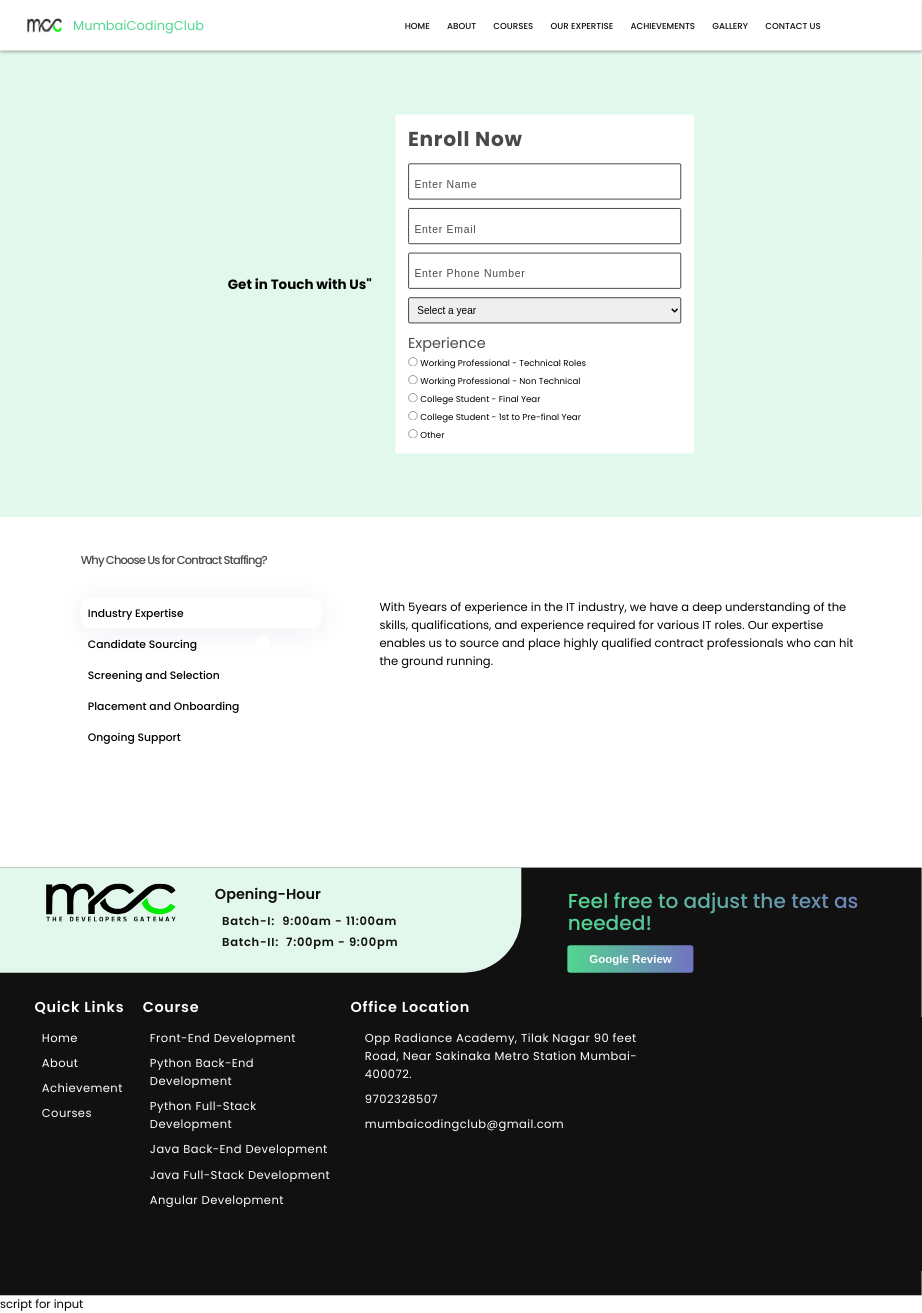
Repository: msmsa2001/mcc-theme
Page: contact.html
These files come from the project's save history. The page is drawn as it stood at one moment and after the next save; the edit follows.
The browser window is 1280 px wide. The pictures show the whole page, at 72% of full size.
Pictures or frames that could not be fetched are drawn as grey boxes.

Above is the page before, as saved 2024-07-26 02:19:19.
Console error: TypeError: Cannot read properties of null (reading 'querySelector')

After the next save:
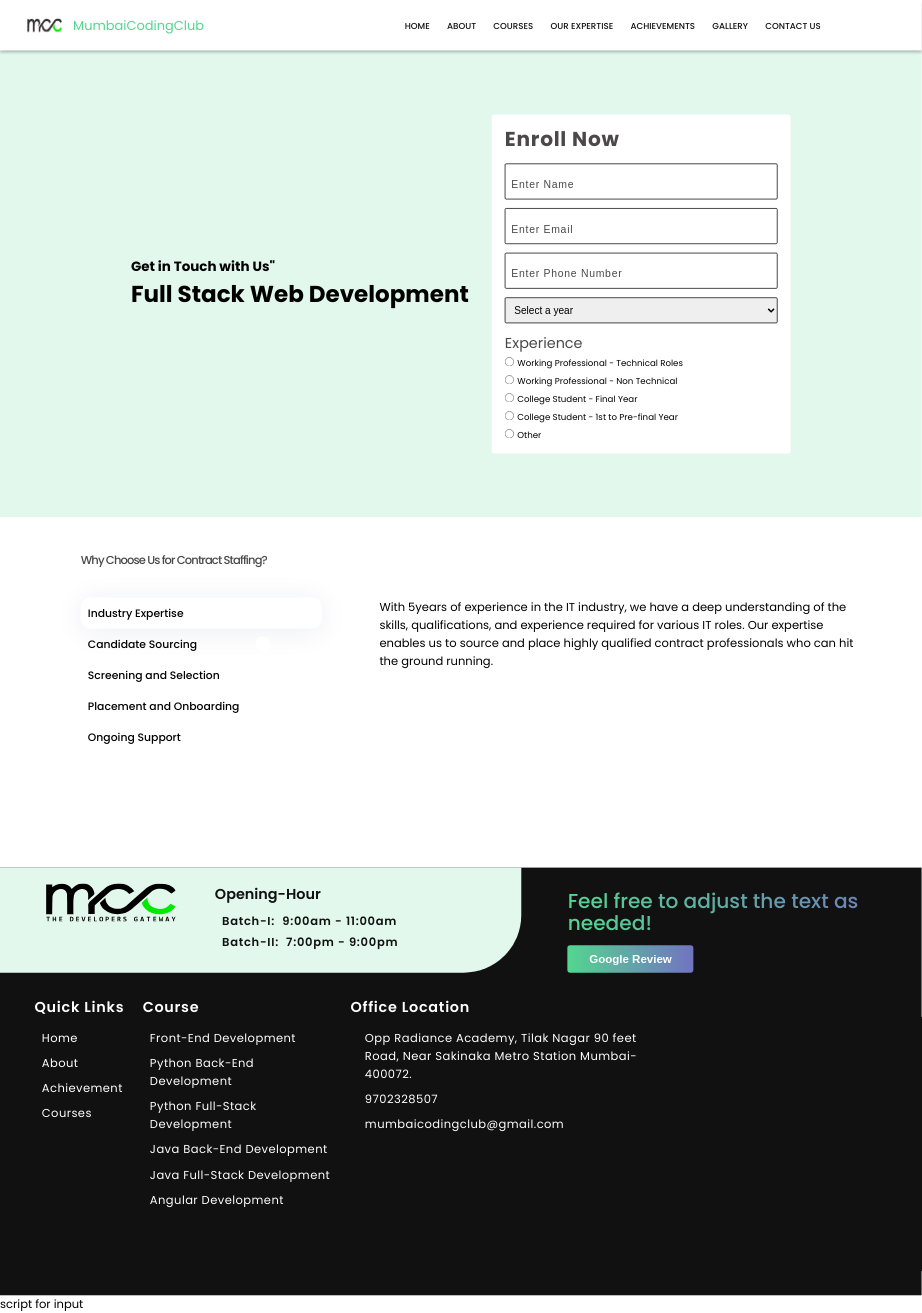
Saved 22 s later.
--- a/contact.html
+++ b/contact.html
@@ -43,6 +43,7 @@
     <div class="container1">
         <div class="sec1">
             <h3>Get in Touch with Us"</h3>
+            <h1>Full Stack Web Development</h1>
         </div>
         <div class="sec2">
             <form action="">
